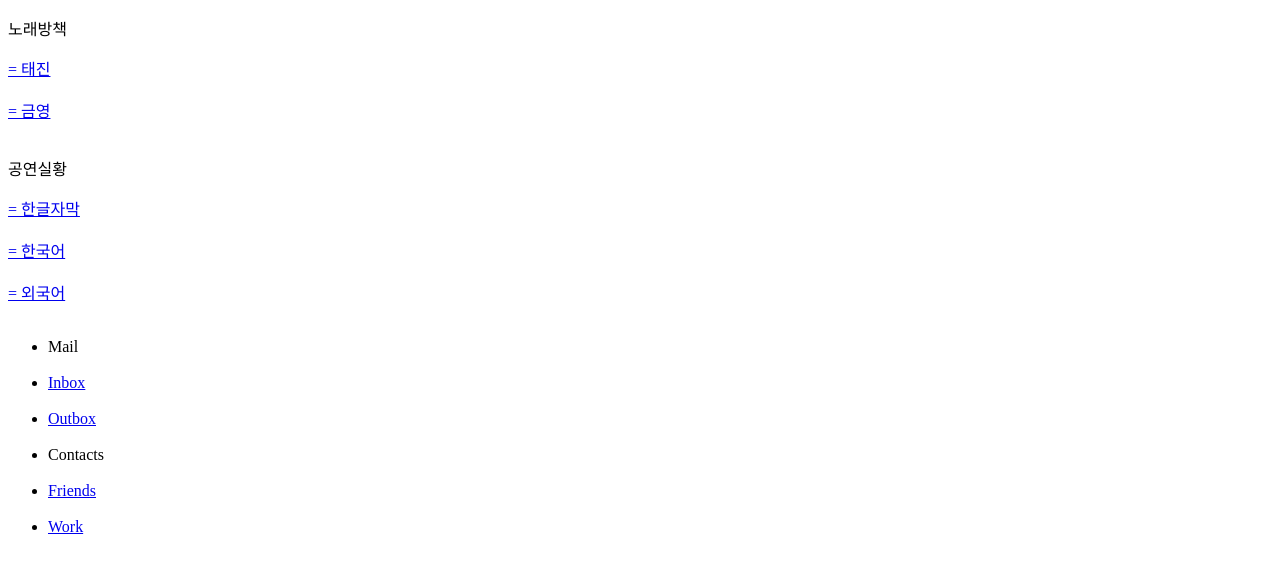
Repository: coriel/ObjectiveC
Page: http://localhost/MusicalTube/WEB-INF/views/menu.jsp
An editor plug-in stored every save of this project. The page is shown before and after the next save, followed by the edit.
The browser window is 1280 px wide. The pictures show the whole page.
The page is served by Tomcat 9. Nobody is signed in. Other server files are loaded and not shown. The template is opened directly, without the code that normally fills it, so the values that code supplies are empty.

Above is the page before, as saved 2016-02-15 07:06:18.

### Workspace/MusicalTube/src/main/webapp/WEB-INF/views/menu.jsp
<%@ page language="java" contentType="text/html;charset=UTF-8"
    pageEncoding="UTF-8"%>
<!DOCTYPE html PUBLIC "-//W3C//DTD HTML 4.01 Transitional//EN" "http://www.w3.org/TR/html4/loose.dtd">
<html>
<head>
<meta http-equiv="Content-Type" content="text/html; charset=UTF-8">
<title>Insert title here</title>
</head>
<body>
  <div data-role="panel" id="myPanel" width="100px">
    <p>노래방책</p>
	<a href="song_t" blur="none">= 태진</a><br/><br/>
    <a href="song_k">= 금영</a><br/><br/>
    <p>공연실황</p>
    <a href="song_t">= 한글자막</a><br/><br/>
    <a href="song_k">= 한국어</a><br/><br/>
    <a href="song_k">= 외국어</a><br/>

    <ul data-role="listview" data-inset="true" data-divider-theme="a">
    <li data-role="list-divider">Mail</li>
    <li><a href="#">Inbox</a></li>
    <li><a href="#">Outbox</a></li>
    <li data-role="list-divider">Contacts</li>
    <li><a href="#">Friends</a></li>
    <li><a href="#">Work</a></li>
</ul>
  </div>




</body>
</html>

After the next save:
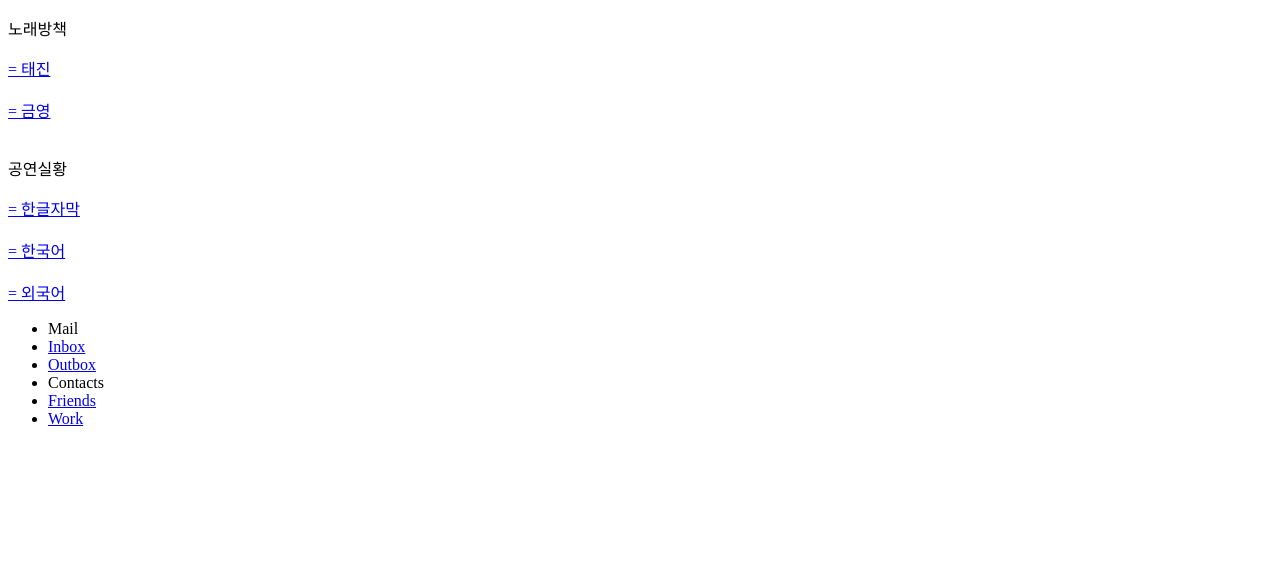
Saved 24 s later.
--- a/Workspace/MusicalTube/src/main/webapp/WEB-INF/views/menu.jsp
+++ b/Workspace/MusicalTube/src/main/webapp/WEB-INF/views/menu.jsp
@@ -17,12 +17,12 @@
     <a href="song_k">= 외국어</a><br/>
 
     <ul data-role="listview" data-inset="true" data-divider-theme="a">
-    <li data-role="list-divider">Mail</li>
-    <li><a href="#">Inbox</a></li>
-    <li><a href="#">Outbox</a></li>
-    <li data-role="list-divider">Contacts</li>
-    <li><a href="#">Friends</a></li>
-    <li><a href="#">Work</a></li>
+	<li data-role="list-divider">Mail</li>
+	<li><a href="#">Inbox</a></li>
+	<li><a href="#">Outbox</a></li>
+	<li data-role="list-divider">Contacts</li>
+	<li><a href="#">Friends</a></li>
+	<li><a href="#">Work</a></li>
 </ul>
   </div>
 
